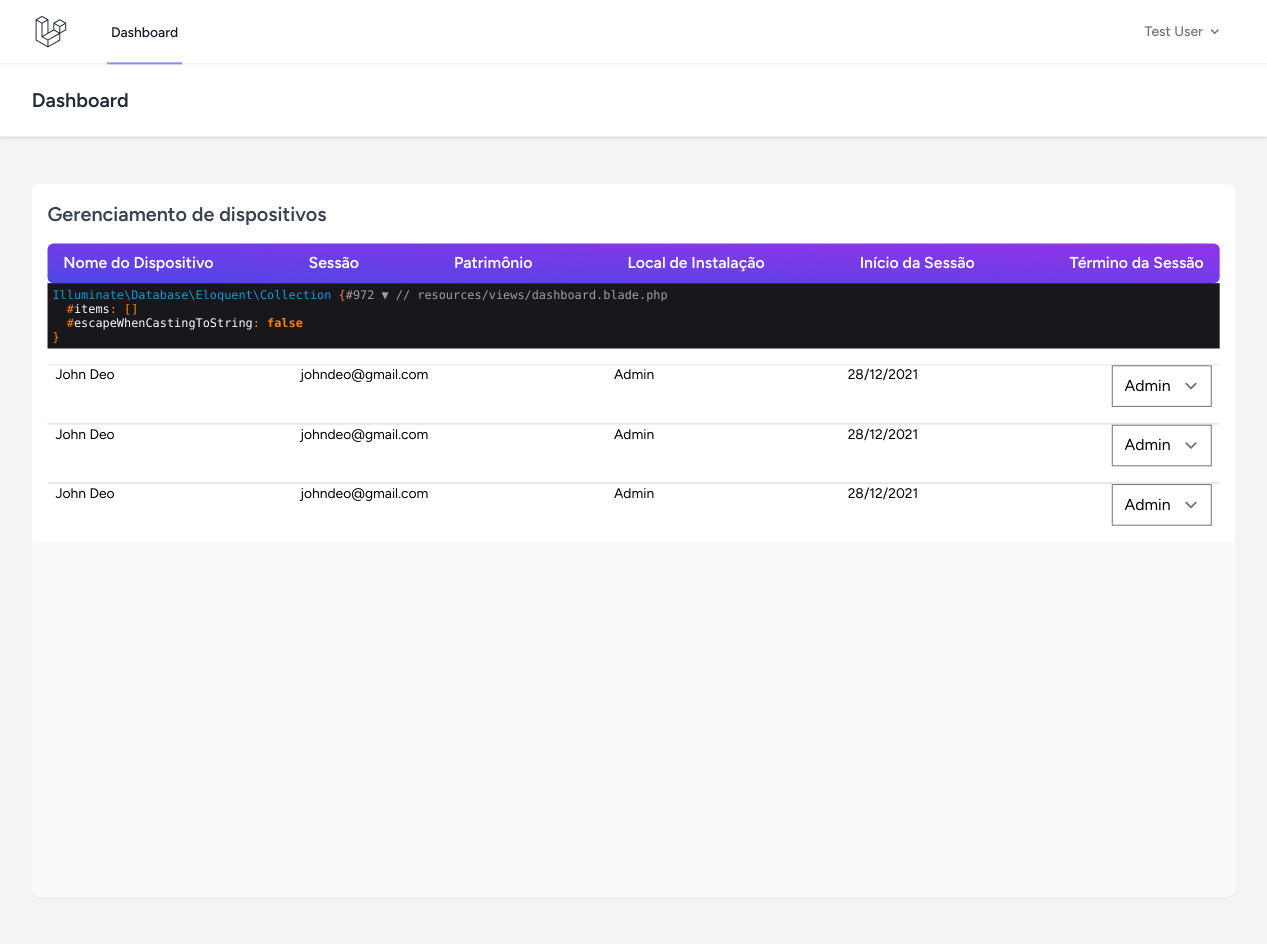
Repository: CrisMorgantee/device-logs
Page: http://localhost/dashboard
An editor plug-in stored every save of this project. The page is shown before and after the next save, followed by the edit.
The browser window is 1280 px wide. The pictures show the whole page, at 99% of full size.
The page is served by the project's Laravel application, run on PHP 8.4 with Laravel 10. A made-up administrator, Test User (test@example.com), is signed in. Other server files are loaded and not shown. Style sheets and scripts are compiled from the project's sources, by tool versions that may differ from the author's. Queries for data that is not in the repository find no rows.

Above is the page before, as saved 2023-04-14 22:26:33.

### routes/web.php
<?php

use App\Http\Controllers\ProfileController;
use App\Http\Controllers\DeviceLogsController;
use Illuminate\Support\Facades\Route;

/*
|--------------------------------------------------------------------------
| Web Routes
|--------------------------------------------------------------------------
|
| Here is where you can register web routes for your application. These
| routes are loaded by the RouteServiceProvider and all of them will
| be assigned to the "web" middleware group. Make something great!
|
*/

Route::get('/', function () {
    return view('auth.login');
});

Route::get('/dashboard', [DeviceLogsController::class, 'index'])->middleware(['auth', 'verified'])->name('dashboard');

Route::middleware('auth')->group(function () {
    Route::get('/profile', [ProfileController::class, 'edit'])->name('profile.edit');
    Route::patch('/profile', [ProfileController::class, 'update'])->name('profile.update');
    Route::delete('/profile', [ProfileController::class, 'destroy'])->name('profile.destroy');
});

require __DIR__.'/auth.php';

### app/Http/Controllers/DeviceLogsController.php
<?php

namespace App\Http\Controllers;

use App\Models\DeviceLogs;
use Illuminate\Http\Request;

class DeviceLogsController extends Controller
{
    /**
     * Display a listing of the resource.
     */
    public function index()
    {
        $logs = DeviceLogs::all();

        return view('dashboard', ['logs' => $logs]);
    }

    /**
     * Show the form for creating a new resource.
     */
    public function create()
    {
        //
    }

    /**
     * Store a newly created resource in storage.
     */
    public function store(Request $request)
    {
        //
    }

    /**
     * Display the specified resource.
     */
    public function show(DeviceLogs $deviceLogs)
    {
        //
    }

    /**
     * Show the form for editing the specified resource.
     */
    public function edit(DeviceLogs $deviceLogs)
    {
        //
    }

    /**
     * Update the specified resource in storage.
     */
    public function update(Request $request, DeviceLogs $deviceLogs)
    {
        //
    }

    /**
     * Remove the specified resource from storage.
     */
    public function destroy(DeviceLogs $deviceLogs)
    {
        //
    }
}

### app/Models/DeviceLogs.php
<?php

namespace App\Models;

use Illuminate\Database\Eloquent\Factories\HasFactory;
use Illuminate\Database\Eloquent\Model;

class DeviceLogs extends Model
{
    use HasFactory;

    public $fillable = [
        'machine_name',
        'session',
        'patrimony',
        'location'
    ];


    protected $dates = [
      'start_session_at',
      'end_session_at'
  ];

}

### resources/views/dashboard.blade.php
<x-app-layout>
  <x-slot name="header">
    <h2 class="text-xl font-semibold leading-tight text-gray-800">
      {{ __('Dashboard') }}
    </h2>
  </x-slot>

  <div class="py-12">
    <div class="mx-auto max-w-7xl sm:px-6 lg:px-8">
      <div class="overflow-hidden bg-white shadow-sm sm:rounded-lg">
        <div class="min-h-screen bg-gray-50">
          <div class="rounded-md bg-white p-4">
            <div>
              <h2 class="mb-4 text-xl font-bold text-gray-700">Gerenciamento de dispositivos</h2>
              <div>
                <div>
                  <div
                    class="text-md flex justify-between rounded-md bg-gradient-to-tr from-indigo-600 to-purple-600 py-2 px-4 font-bold text-white">
                    <div>
                      <span>Nome do Dispositivo</span>
                    </div>
                    <div>
                      <span>Sessão</span>
                    </div>
                    <div>
                      <span>Patrimônio</span>
                    </div>
                    <div>
                      <span>Local de Instalação</span>
                    </div>
                    <div>
                      <span>Início da Sessão</span>
                    </div>
                    <div>
                      <span>Término da Sessão</span>
                    </div>
                  </div>
                  <div>
                    @dump($logs)
                    <div class="mt-4 flex justify-between space-x-4 border-t text-sm font-normal">
                      <div class="flex px-2">
                        <span>John Deo</span>
                      </div>
                      <div>
                        <span>johndeo@gmail.com</span>
                      </div>
                      <div class="px-2">
                        <span>Admin</span>
                      </div>
                      <div class="px-2">
                        <span>28/12/2021</span>
                      </div>
                      <div class="px-2">
                        <select>
                          <option>Admin</option>
                          <option>User</option>
                        </select>
                      </div>
                    </div>
                    <div class="mt-4 flex justify-between space-x-4 border-t-2 text-sm font-normal">
                      <div class="px-2">
                        <span>John Deo</span>
                      </div>
                      <div>
                        <span>johndeo@gmail.com</span>
                      </div>
                      <div class="px-2">
                        <span>Admin</span>
                      </div>
                      <div class="px-2">
                        <span>28/12/2021</span>
                      </div>
                      <div class="px-2">
                        <select>
                          <option>Admin</option>
                          <option>User</option>
                        </select>
                      </div>
                    </div>
                    <div class="mt-4 flex justify-between space-x-4 border-t-2 text-sm font-normal">
                      <div class="px-2">
                        <span>John Deo</span>
                      </div>
                      <div>
                        <span>johndeo@gmail.com</span>
                      </div>
                      <div class="px-2">
                        <span>Admin</span>
                      </div>
                      <div class="px-2">
                        <span>28/12/2021</span>
                      </div>
                      <div class="px-2">
                        <select>
                          <option>Admin</option>
                          <option>User</option>
                        </select>
                      </div>
                    </div>
                  </div>
                </div>
              </div>
            </div>
          </div>
        </div>
      </div>
    </div>
</x-app-layout>

Loaded but not shown: app/Providers/AppServiceProvider.php (common file); routes/auth.php (common file); app/Http/Controllers/Auth/EmailVerificationPromptController.php (common file); app/Http/Controllers/Controller.php (common file); app/Http/Controllers/Auth/VerifyEmailController.php (common file); app/Models/User.php (common file); app/View/Components/AppLayout.php (common file); resources/views/layouts/app.blade.php (common file); resources/views/layouts/navigation.blade.php (common file); resources/views/components/application-logo.blade.php (common file); resources/views/components/nav-link.blade.php (common file); resources/views/components/dropdown-link.blade.php (common file); resources/views/components/dropdown.blade.php (common file); resources/views/components/responsive-nav-link.blade.php (common file); resources/css/app.css (common file); tailwind.config.js (common file); resources/js/app.js (common file); resources/js/bootstrap.js (common file)

After the next save:
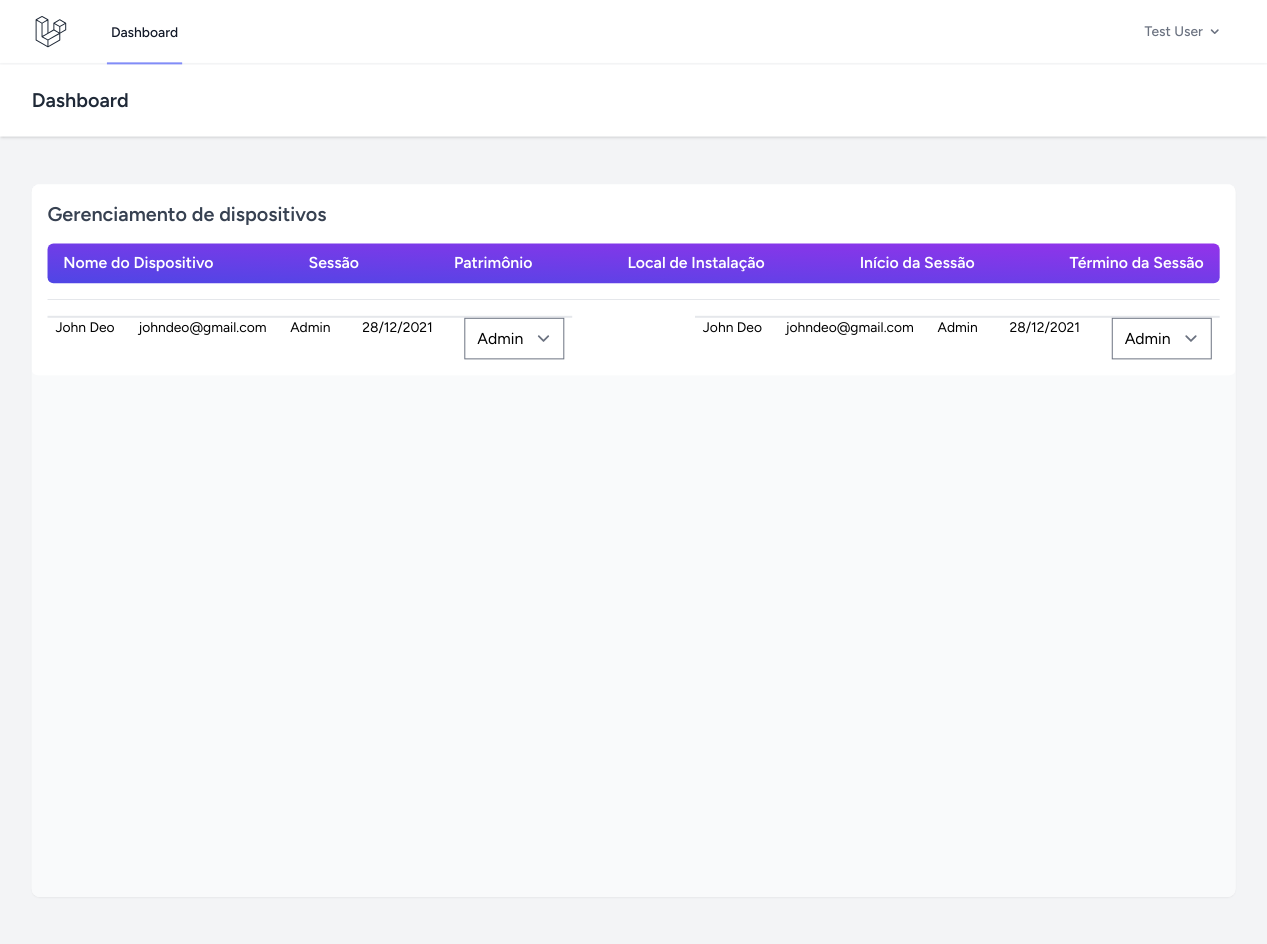
Saved 96 s later.
--- a/resources/views/dashboard.blade.php
+++ b/resources/views/dashboard.blade.php
@@ -36,27 +36,28 @@
                     </div>
                   </div>
                   <div>
-                    @dump($logs)
                     <div class="mt-4 flex justify-between space-x-4 border-t text-sm font-normal">
-                      <div class="flex px-2">
-                        <span>John Deo</span>
-                      </div>
-                      <div>
-                        <span>johndeo@gmail.com</span>
-                      </div>
-                      <div class="px-2">
-                        <span>Admin</span>
-                      </div>
-                      <div class="px-2">
-                        <span>28/12/2021</span>
-                      </div>
-                      <div class="px-2">
-                        <select>
-                          <option>Admin</option>
-                          <option>User</option>
-                        </select>
-                      </div>
+                      @foreach ($logs as $deviceLog)
+                        <div class="flex px-2">
+                          <span>John Deo</span>
+                        </div>
+                        <div>
+                          <span>johndeo@gmail.com</span>
+                        </div>
+                        <div class="px-2">
+                          <span>Admin</span>
+                        </div>
+                        <div class="px-2">
+                          <span>28/12/2021</span>
+                        </div>
+                        <div class="px-2">
+                          <select>
+                            <option>Admin</option>
+                            <option>User</option>
+                          </select>
+                        </div>
                     </div>
+                    @endforeach
                     <div class="mt-4 flex justify-between space-x-4 border-t-2 text-sm font-normal">
                       <div class="px-2">
                         <span>John Deo</span>
